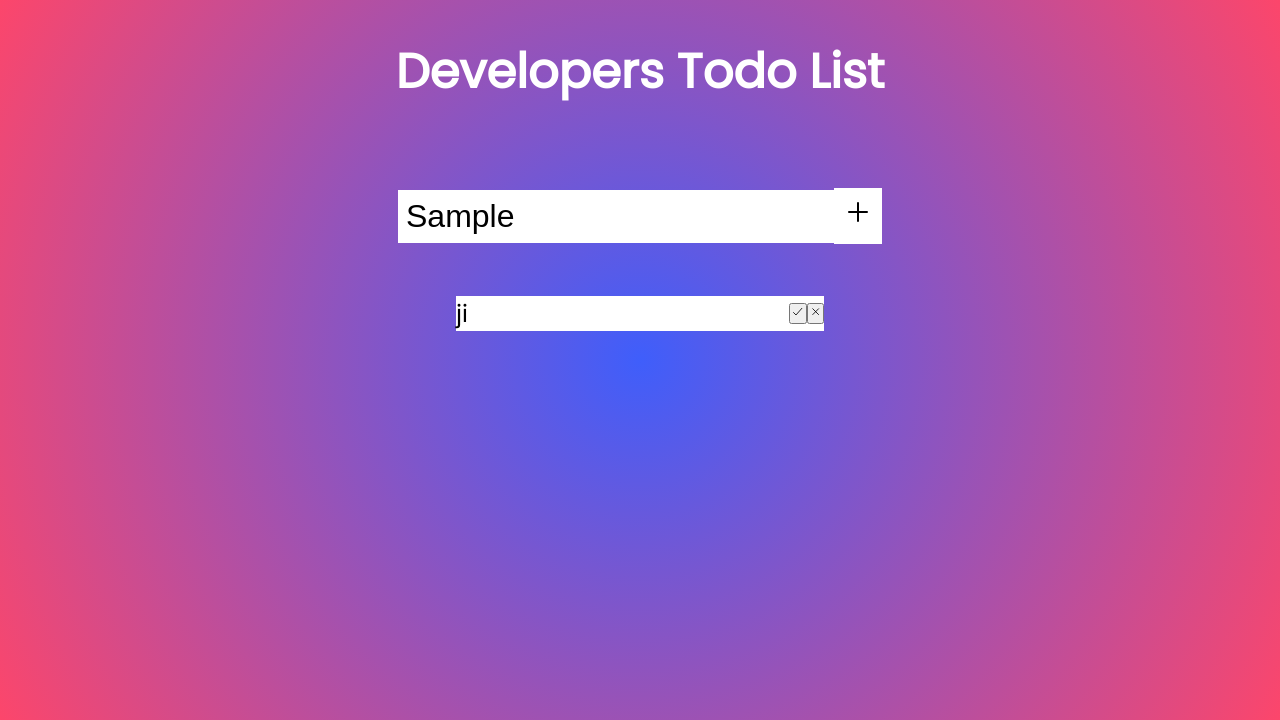
Repository: DevAntonioRogers/Vanilla-TodoList
Page: index.html
The author's editor kept a copy of each file at every save. The page is drawn from the files as they stood at one save, then again after the next save.
The browser window is 1280 px wide. The pictures show the whole page.
Empty fields were first filled with sample values (such as "Sample", 5 or name@example.com).
After loading, the first visible `button.todo-button` was clicked once.

Above is the page before, as saved 2023-05-12 00:18:45.

After the next save:
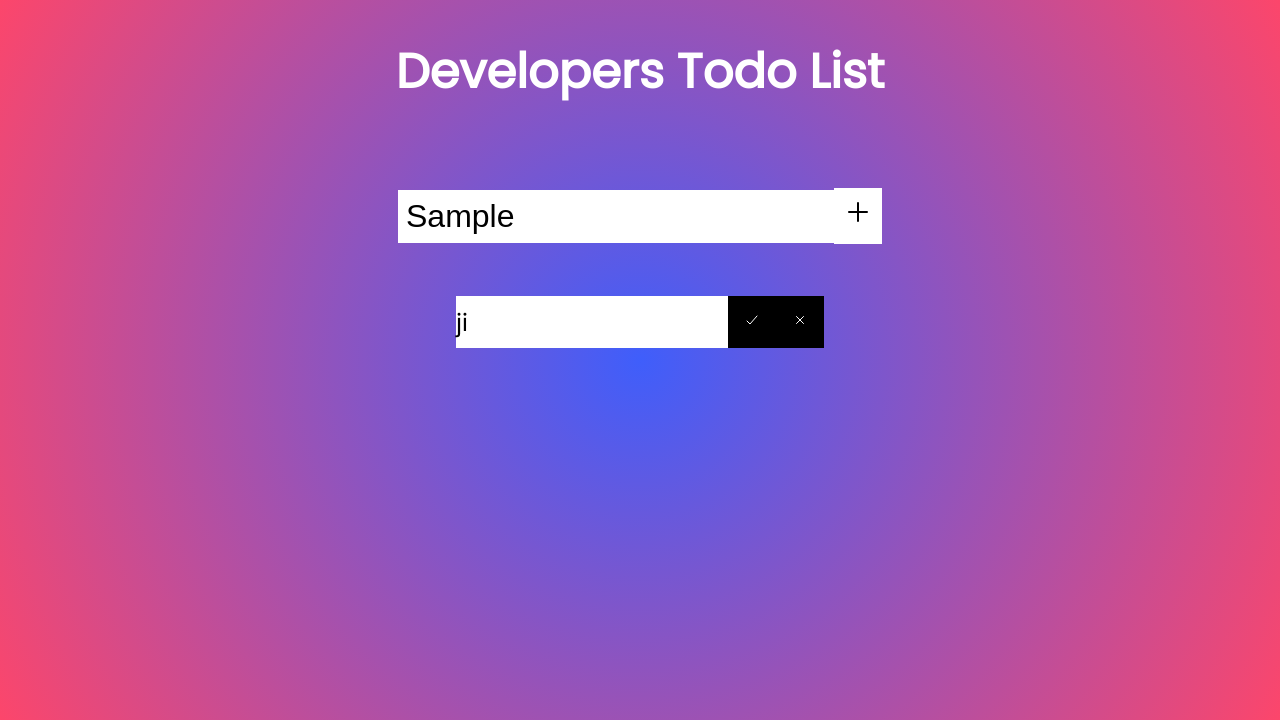
Saved 44 s later.
--- a/style.css
+++ b/style.css
@@ -65,4 +65,10 @@ form button {
 
 .delete-btn,
 .complete-btn {
+  background-color: black;
+  color: white;
+  border: none;
+  padding: 1rem;
+  cursor: pointer;
+  font-size: 1rem;
 }
